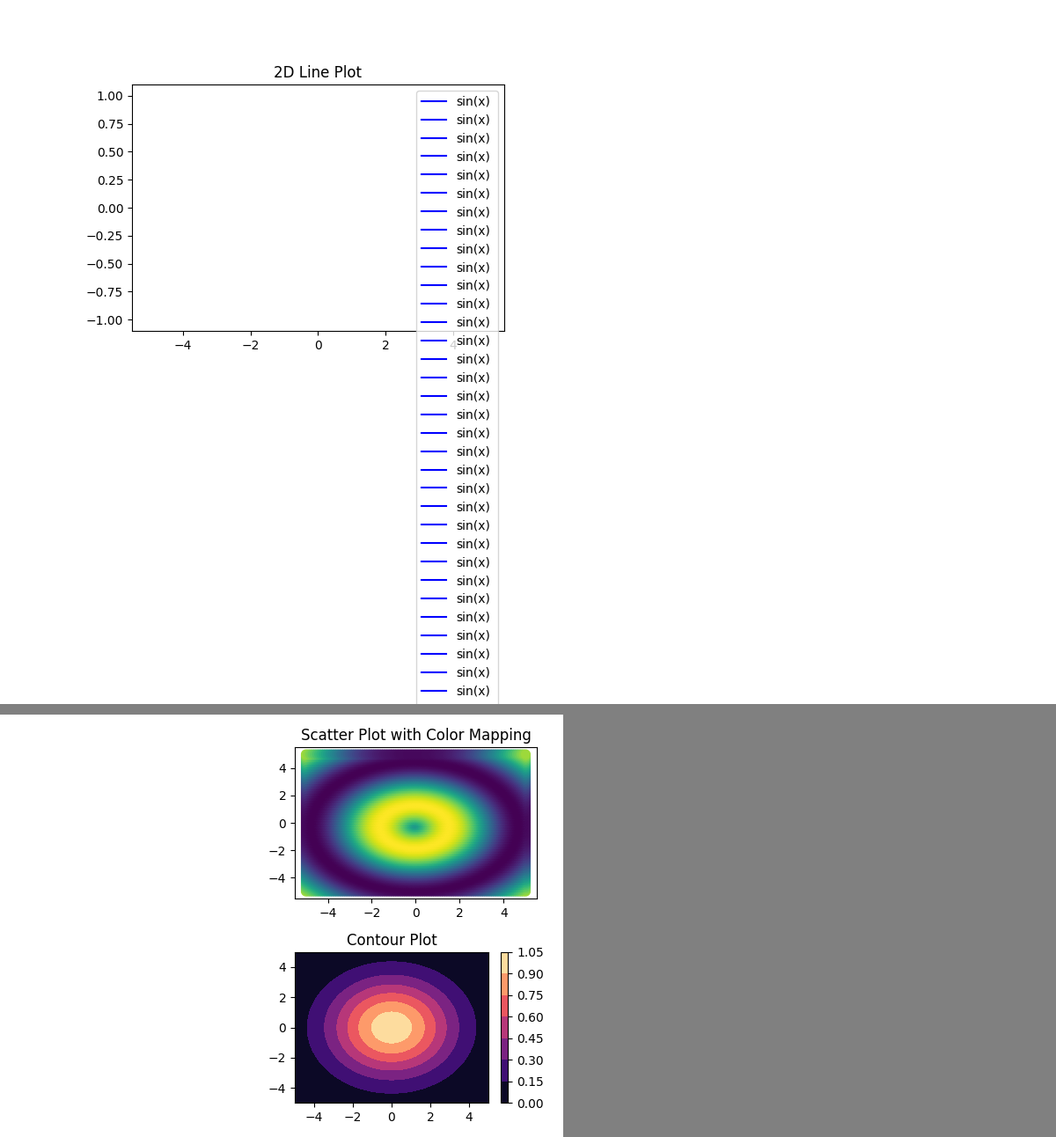
Repository: leoh1223/HW_Python
Script's output: python Amazing_plot.py
These files come from the project's save history. The script's output is drawn as it stood at one moment and after the next save; the edit follows.
The pictures are shown at 88% of full size.
Each picture stacks the figures in order, with grey between them; figures that are only written to a file come last. Random numbers start from a fixed seed.

Above is the script's output before, as saved 2024-01-08 16:28:31.

### Amazing_plot.py
import numpy as np
import matplotlib.pyplot as plt
from mpl_toolkits.mplot3d import Axes3D

# Generate some data for demonstration
x = np.linspace(-5, 5, 100)
y = np.linspace(-5, 5, 100)
x, y = np.meshgrid(x, y)
z1 = np.sin(np.sqrt(x**2 + y**2))
z2 = np.exp(-(x**2 + y**2) / 10)
z3 = x**2 - y**2

# Create a figure with multiple subplots
fig = plt.figure(figsize=(12, 8))

# Subplot 1: 2D Line Plot
plt.subplot(2, 2, 1)
plt.plot(x, np.sin(x), label='sin(x)', color='blue')
plt.plot(x, np.cos(x), label='cos(x)', color='red')
plt.title('2D Line Plot')
plt.legend()
plt.show()

# Subplot 2: Scatter Plot
plt.subplot(2, 2, 2)
plt.scatter(x, y, c=z1, cmap='viridis', s=50)
plt.title('Scatter Plot with Color Mapping')

# Subplot 3: 3D Surface Plot
ax = fig.add_subplot(2, 2, 3, projection='3d')
surface = ax.plot_surface(x, y, z3, cmap='plasma', linewidth=0, antialiased=False)
ax.set_title('3D Surface Plot')
fig.colorbar(surface, ax=ax, shrink=0.6, aspect=10)

# Subplot 4: Contour Plot
plt.subplot(2, 2, 4)
contour = plt.contourf(x, y, z2, cmap='magma')
plt.title('Contour Plot')
fig.colorbar(contour)

# Adjust layout to prevent overlapping
plt.tight_layout()

# Show the plot
plt.show()

After the next save:
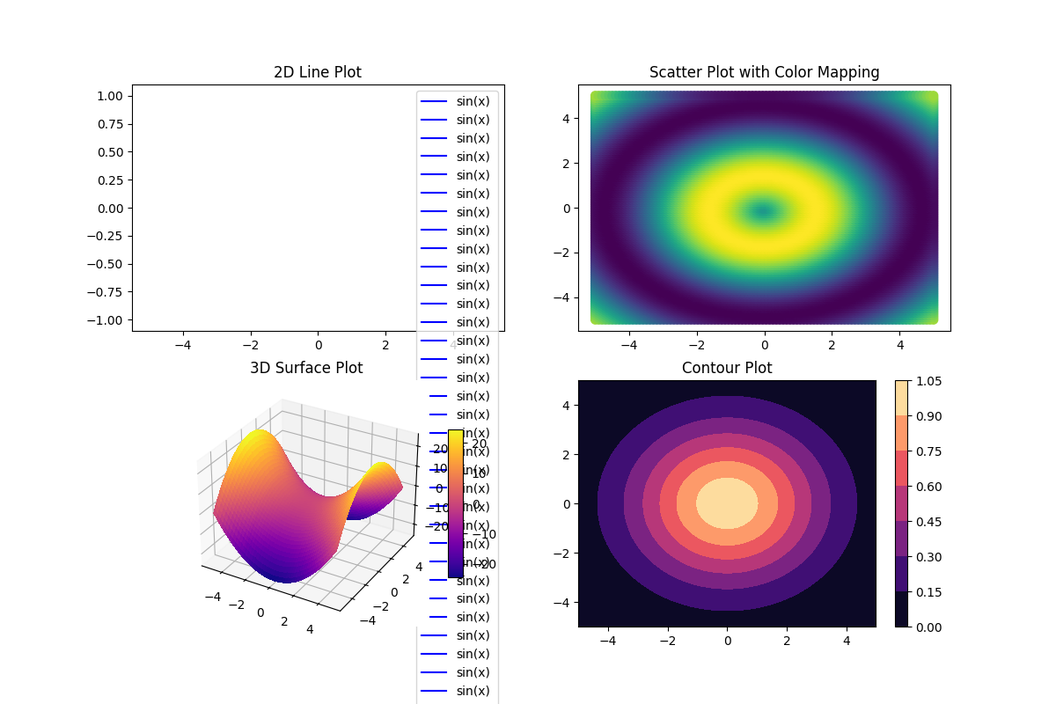
Saved 59 s later.
--- a/Amazing_plot.py
+++ b/Amazing_plot.py
@@ -19,7 +19,7 @@ plt.plot(x, np.sin(x), label='sin(x)', color='blue')
 plt.plot(x, np.cos(x), label='cos(x)', color='red')
 plt.title('2D Line Plot')
 plt.legend()
-plt.show()
+# plt.show()
 
 # Subplot 2: Scatter Plot
 plt.subplot(2, 2, 2)
